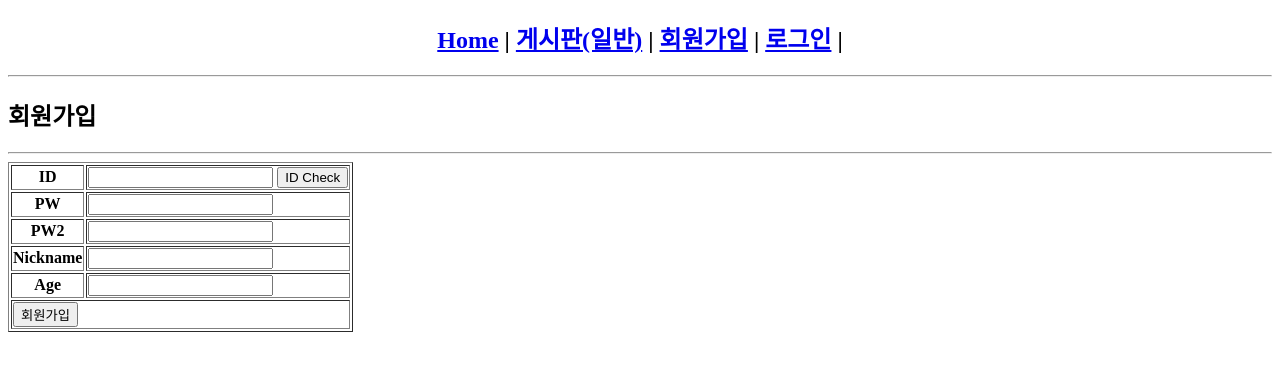
Repository: siucrystal/siuproject
Page: http://localhost/mini_project/joinJson.jsp
An editor plug-in stored every save of this project. The page is shown before and after the next save, followed by the edit.
The browser window is 1280 px wide. The pictures show the whole page.
The page is served by Tomcat 9. Other server files are loaded and not shown.

Above is the page before, as saved 2023-09-22 02:01:33.

### jspws/mini_project/src/main/webapp/joinJson.jsp
<%@ page language="java" contentType="text/html; charset=UTF-8"
    pageEncoding="UTF-8"%>
<!DOCTYPE html>
<html>
<head>
<meta charset="UTF-8">
<title>join.jsp</title>
<script type="text/javascript" src="http://code.jquery.com/jquery-3.5.1.min.js"></script>
<!-- 이건 id 유무체크 -->
<script>
	function getMemberListAjax(id) {
		$.ajax({
			contentType : 'application/json',
			type: 'GET',
			url: 'getMemberjson.jsp',
			data: {id:id},
			dataType: 'json',
			success: function(data) {
				console.log(data);
				if(data['rs'] === '0') {
					if(!$('#id').val()) {
						alert("id 입력해주세요!!");
						$('#notuse').css({display: 'none'});
						$('#use').css({display: 'none'});
					}else {
						$('#use').css({display: 'table-row'});
						$('#notuse').css({display: 'none'});
						console.log("사용가능");
					}
				}
				else{
					$('#notuse').css({display: 'table-row'});
					$('#use').css({display: 'none'});
					console.log("사용불가");
				}
			},
			error : function(xhr, status, error) {
				console.log(xhr, status, error);
			}
		});
	};
	$(function(){
		$('#notuse, #use').css({display: 'none'});
		$('#checkBtn').on('click',function(){
			var id = $('#id').val();
			getMemberListAjax(id);
		});
	});
</script>

<script>
	function ajaxJoin() {
		var id = $('#id').val();
		var pw = $("#pw").val();
	    var pw2 = $("#pw2").val();
	    var name = $('#name').val();
	    var age = $('#age').val();
	    // const params = {id,pw,name,age};
	    const params = {id:id, pw:pw, name:name, age:age};
	    // console.log("params : " +params);

	    // 비밀번호와 비밀번호 확인이 일치하는지 확인
	    console.log("pw : " + pw);
	    console.log("pw2 : " + pw2);
	    if (pw !== pw2) {
	        // 비밀번호가 일치하지 않는 경우
	        alert('비밀번호와 비밀번호 확인이 일치하지 않습니다.');
	        return;
	    }

		$.ajax({
			type: 'POST',
			url: 'joinProcAjax.jsp',
			dataType: 'json',
			data: params,
			success: function(data) {
				if(data['rs'] === 1) {
					alert('회원가입 되었습니다~');
					location.href = 'login.do';
				} else {
					alert('잠시후 다시 한번 시도해주세요ㅠ');
				}

			},
			error : function(xhr, status, error) {
				console.log(xhr, status, error);
				alert("실패했니?");
			}
		});
	};
	$(function(){
        $('#joinBtn').on('click', function() {
            ajaxJoin()
        });

	});
</script>
</head>
<body>
<%@include file="topmenu.jsp" %>
<h2>회원가입</h2>
<hr>
<form>
	<table border="1">
		<tr>
			<th>ID</th>
			<td>
				<input type="text" name="id" id="id">
				<input type="button" value="ID Check" id="checkBtn">
			</td>
		</tr>
		<tr id="use"><td colspan="2">사용가능한 아이디 입니다.</td></tr>
		<tr id="notuse"><td colspan="2">사용 불가능한 아이디 입니다.</td></tr>
		<tr><th>PW</th><td><input type="password" name="pw" id="pw"></td></tr>
		<tr><th>PW2</th><td><input type="password" name="pw2" id="pw2"></td></tr>
		<tr><th>Nickname</th><td><input type="text" name="name" id="name"></td></tr>
		<tr><th>Age</th><td><input type="text" name="age" id="age"></td></tr>
		<tr><td colspan="2"><input type="button" value="회원가입" id="joinBtn"></td></tr>
	</table>
</form>
</body>
</html>

### jspws/mini_project/src/main/webapp/topmenu.jsp
<%@ page language="java" contentType="text/html; charset=UTF-8"
    pageEncoding="UTF-8"%>
<style>
	#service {text-align: center;}
</style>
<script>
	function deleteConfirm() {
		const input = confirm("회원을 탈퇴할까요?");
		alert(input);
		if (input) location.href = "delete.do";
		else return;
	};
</script>
<h2 id="service">
<a href="index.do">Home</a> |
<a href="board.do">게시판(일반)</a> |

<% if (session.getAttribute("id") == null) { %>
	<a href="joinJson.do" class ="menu">회원가입</a> |
	<a href="login.do">로그인</a> |
<% } else { %>
	<a href="update.do">정보수정</a> |
	<a href="#" onclick="deleteConfirm();">회원탈퇴</a> |
	<a href="logout.do">로그아웃</a> | <br>
	<%=session.getAttribute("name") %>(<%=session.getAttribute("id") %>) 로그인 중
<% } %>

<%
if (session.getAttribute("name") != null) {
    out.println("name: " + session.getAttribute("name"));
}

if (session.getAttribute("id") != null) {
    out.println("id: " + session.getAttribute("id"));
}
if (session.getAttribute("pw") != null) {
    out.println("pw: " + session.getAttribute("pw"));
}

if (session.getAttribute("grade") != null) {
    out.println("grade: " + session.getAttribute("grade"));
}
%>

<%-- <% if (!(session.getAttribute("grade").equals("GENERAL"))) { %>
	<a href="memberList.do">회원목록</a> |
<% }%> --%>
</h2>
<hr>

After the next save:
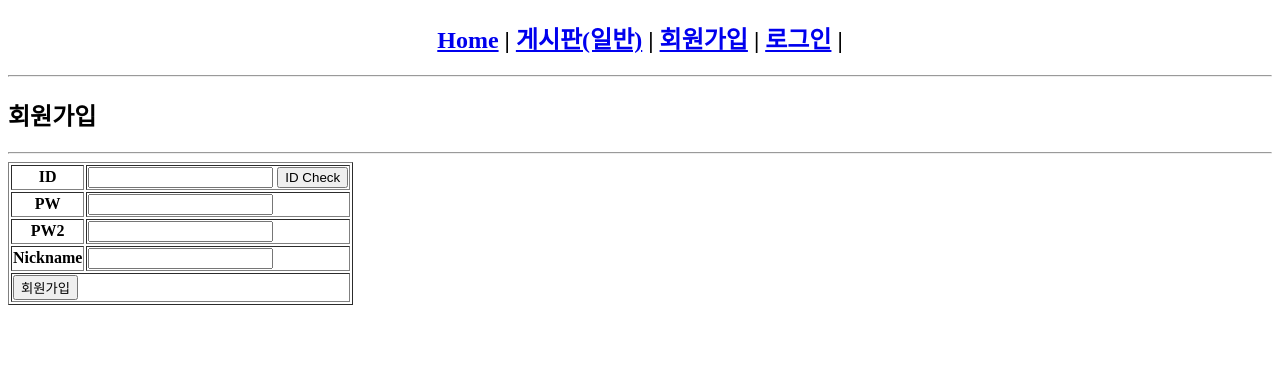
Saved 96 s later.
--- a/jspws/mini_project/src/main/webapp/joinJson.jsp
+++ b/jspws/mini_project/src/main/webapp/joinJson.jsp
@@ -54,9 +54,8 @@
 		var pw = $("#pw").val();
 	    var pw2 = $("#pw2").val();
 	    var name = $('#name').val();
-	    var age = $('#age').val();
 	    // const params = {id,pw,name,age};
-	    const params = {id:id, pw:pw, name:name, age:age};
+	    const params = {id:id, pw:pw, name:name};
 	    // console.log("params : " +params);
 
 	    // 비밀번호와 비밀번호 확인이 일치하는지 확인
@@ -114,7 +113,6 @@
 		<tr><th>PW</th><td><input type="password" name="pw" id="pw"></td></tr>
 		<tr><th>PW2</th><td><input type="password" name="pw2" id="pw2"></td></tr>
 		<tr><th>Nickname</th><td><input type="text" name="name" id="name"></td></tr>
-		<tr><th>Age</th><td><input type="text" name="age" id="age"></td></tr>
 		<tr><td colspan="2"><input type="button" value="회원가입" id="joinBtn"></td></tr>
 	</table>
 </form>
